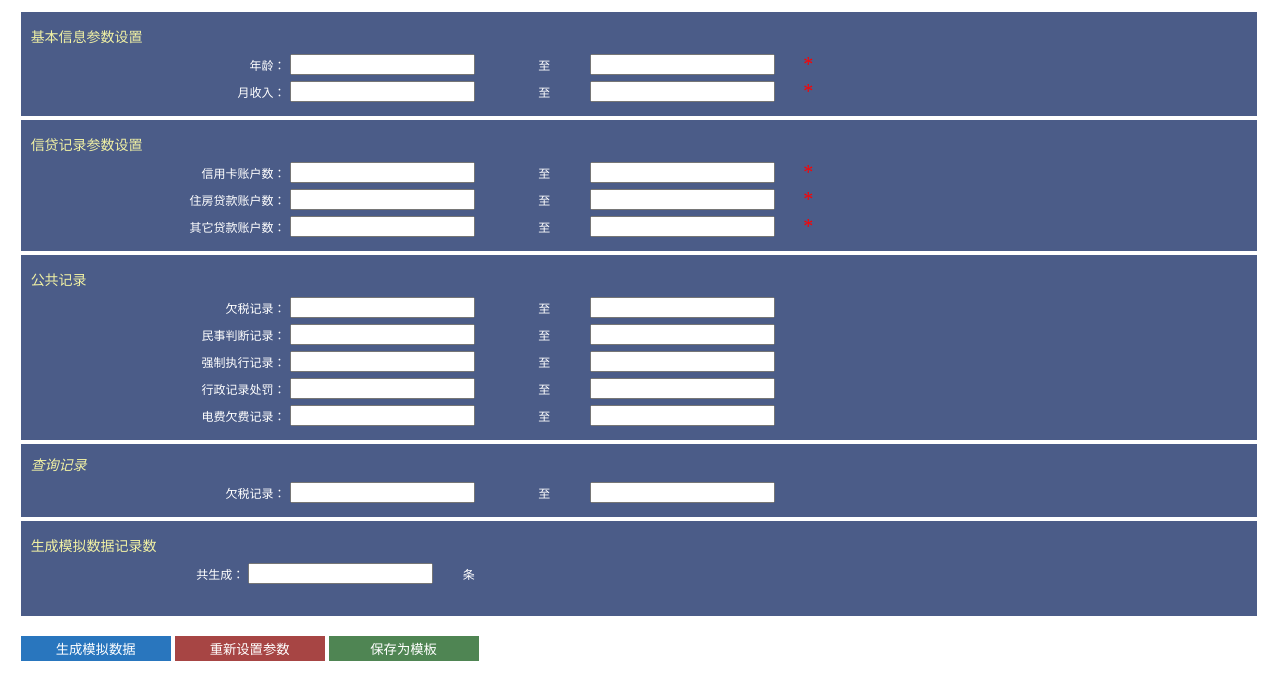
Repository: trieyouth/BigData
Page: http://localhost/BigData/WEB-INF/views/client-credit-analyse-system/data-collect/generateData.jsp
An editor plug-in stored every save of this project. The page is shown before and after the next save, followed by the edit.
The browser window is 1280 px wide. The pictures show the whole page.
The page is served by Tomcat 9. Nobody is signed in. The template is opened directly, without the code that normally fills it, so the values that code supplies are empty.

Above is the page before, as saved 2016-03-06 16:35:26.

After the next save:
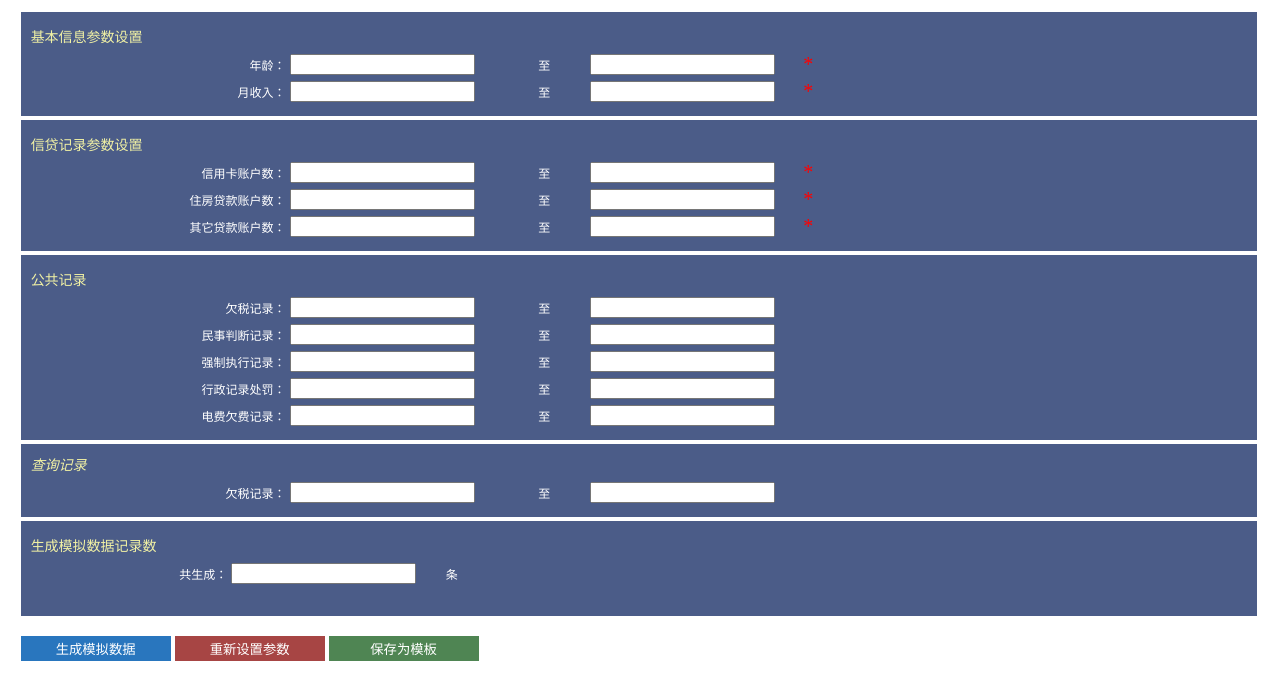
Saved 14 s later.
--- a/BigData/WebRoot/WEB-INF/views/client-credit-analyse-system/data-collect/generateData.jsp
+++ b/BigData/WebRoot/WEB-INF/views/client-credit-analyse-system/data-collect/generateData.jsp
@@ -193,10 +193,10 @@ String basePath = request.getScheme()+"://"+request.getServerName()+":"+request.
     <div style="height:4px; width:100%;"></div>
     <table frame="void" width = "70%" height="25" >
       <tr>
-        <td width="25%"  height="25"  style="text-align:right" ><label id="labelbody" > 共生成： </label></td>
+        <td width="23%"  height="25"  style="text-align:right" ><label id="labelbody" > 共生成： </label></td>
         <td width="25%"  height="25"  ><label id="labelbody" >
             <input  type="text" id="inputwidth" name="generateRecordNum" ></label></td>
-        <td width="50%"  height="25"    ><label id="labelbody" style="text-align:left"> 条</label></td>
+        <td width="52%"  height="25"    ><label id="labelbody" style="text-align:left"> 条</label></td>
       </tr>
     </table><br>
   </div>
